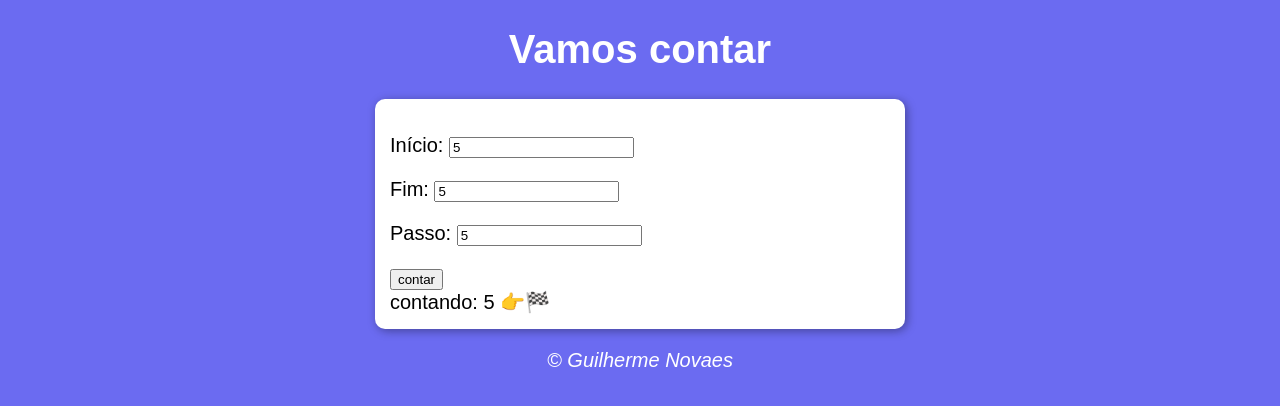
Repository: Guilherme-RNovaes/JavaScript-Curso
Page: Aula 14ex/ex016/index.html
An editor plug-in stored every save of this project. The page is shown before and after the next save, followed by the edit.
The browser window is 1280 px wide. The pictures show the whole page.
Empty fields were first filled with sample values (such as "Sample", 5 or name@example.com).
After loading, the first visible `#dados > input` was clicked once.

Above is the page before, as saved 2022-09-07 11:33:57.

### Aula 14ex/ex016/index.html
<!DOCTYPE html>
<html lang="pt-br">
<head>
    <meta charset="UTF-8">
    <meta http-equiv="X-UA-Compatible" content="IE=edge">
    <meta name="viewport" content="width=device-width, initial-scale=1.0">
    <title>Super Contador</title>
    <link rel="stylesheet" href="src/Style/style.css">
</head>
<body>
    <header>
        <h1>Vamos contar</h1>
    </header>
    <section>
        <div id="dados">
            <p>Início: <input type="number" name="firstn" id="txti"></p>
            <p>Fim: <input type="number" name="finaln" id="txtf"></p>
            <p>Passo: <input type="number" name="passon" id="txtp"></p>
            <input type="button" value="contar" onclick="contar()">
        </div>
        <div id="res">
            Preparando Contagem...
        </div>
    </section>
    <footer>
        <p>&copy; Guilherme Novaes</p>
    </footer>
    <script src="script.js"></script>
</body>
</html>

### Aula 14ex/ex016/src/Style/style.css
body{
    background-color: rgb(107, 107, 241);
    font: normal 15pt Arial;
}
header {
    color: white;
    text-align: center;
}

section{
    background-color: white;
    border-radius: 10px;
    padding: 15px;
    width: 500px;
    margin: auto;
    box-shadow: 2px 2px 10px rgba(0, 0, 0, 0.36);
}

footer{
    color: white;
    text-align: center;
    font-style: italic;
}

div img{
    width: 250px;
    height: 250px;
    border-radius: 100%;
}

### Aula 14ex/ex016/script.js
function contar(){
    let ini = document.getElementById('txti')
    let fim = document.getElementById('txtf')
    let passo = document.getElementById('txtp')
    let res = document.getElementById('res')

    if (ini.value.length == 0 || fim.value.length == 0 || passo.value.length == 0){
        window.alert('[ERRO] Faltam dados')
    } else {
        res.innerHTML = 'contando: '
        let i = Number(ini.value)
        let f = Number(fim.value)
        let p = Number(passo.value)
        if(i < f){
            // CONTAGEM CRESCENTE
            for(let c = i; c <= f; c += p){
                res.innerHTML += ` ${c} \u{1F449}`
            }
        }else{
            // CONTAGEM DECRESCENTE
            for(let c = i; c >= f; c -= p){
                res.innerHTML += ` ${c} \u{1F449}`
            }
        }
        res.innerHTML += `\u{1F3C1}`
    }
}

After the next save:
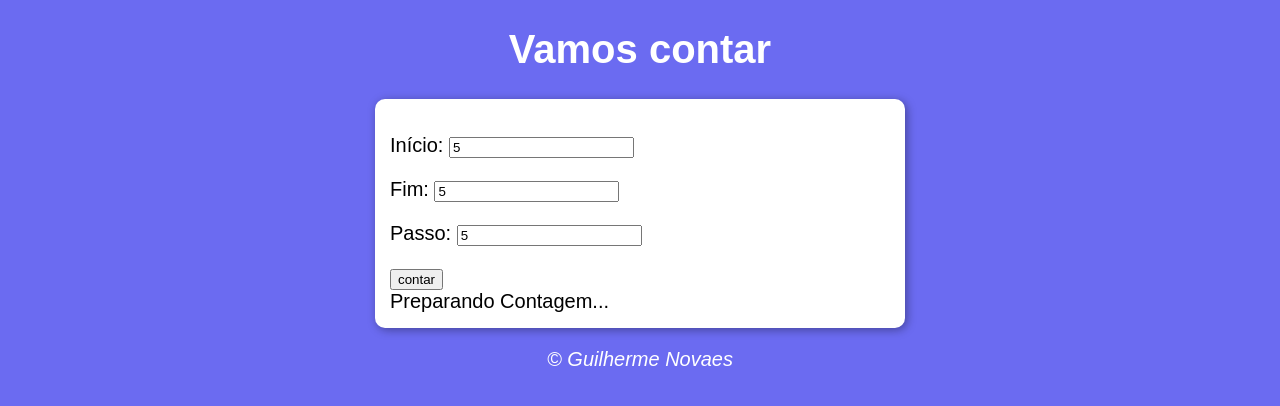
Console error: SyntaxError: Unexpected number
Saved 3 min 1 s later.
--- a/Aula 14ex/ex016/script.js
+++ b/Aula 14ex/ex016/script.js
@@ -14,7 +14,7 @@
         if(i < f){
             // CONTAGEM CRESCENTE
             for(let c = i; c <= f; c += p){
-                res.innerHTML += ` ${c} \u{1F449}`
+                res.innerHTML += ` ${c} \u{1F449}`34
             }
         }else{
             // CONTAGEM DECRESCENTE

After the save that followed:
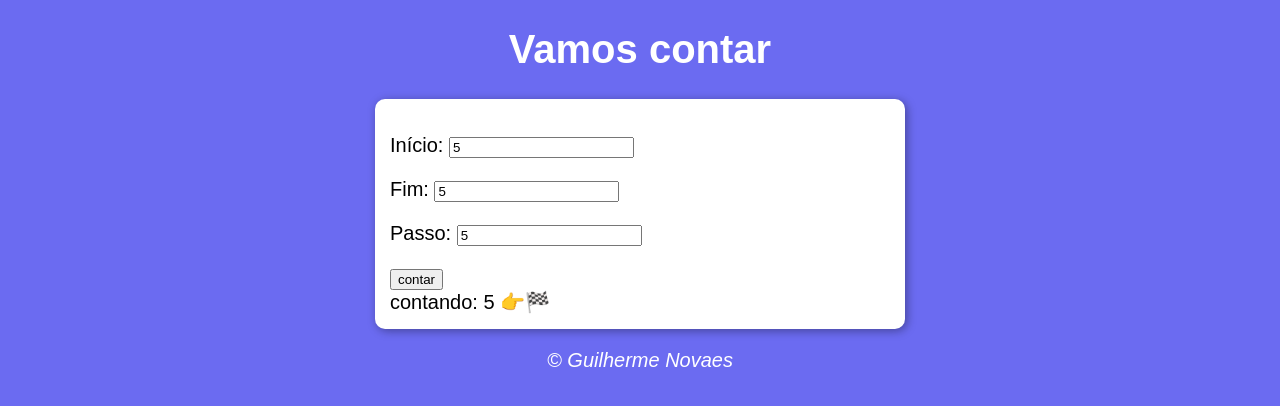
The error is gone.
Saved 18 s later.
--- a/Aula 14ex/ex016/script.js
+++ b/Aula 14ex/ex016/script.js
@@ -14,7 +14,7 @@
         if(i < f){
             // CONTAGEM CRESCENTE
             for(let c = i; c <= f; c += p){
-                res.innerHTML += ` ${c} \u{1F449}`34
+                res.innerHTML += ` ${c} \u{1F449}`
             }
         }else{
             // CONTAGEM DECRESCENTE
